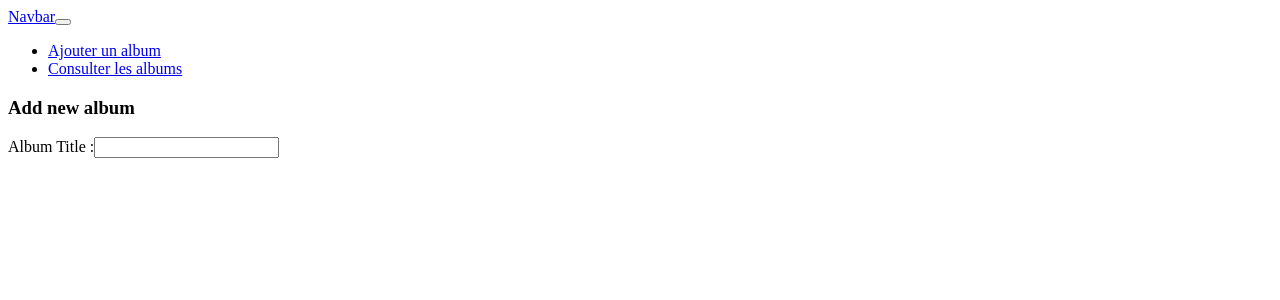
Repository: yassinecher/TestCC4SAE6
Page: /albums/add
An editor plug-in stored every save of this project. The page is shown before and after the next save, followed by the edit.
The browser window is 1280 px wide. The pictures show the whole page.
The project was rebuilt for these pictures with package versions that can differ from the ones it lists, and the page was loaded fresh each time. Also part of the build but not shown: angular.json, src/app/components/albums/albums.component.ts, src/app/components/not-found/not-found.component.ts.

Above is the page before, as saved 2024-12-20 14:34:46.

After the next save:
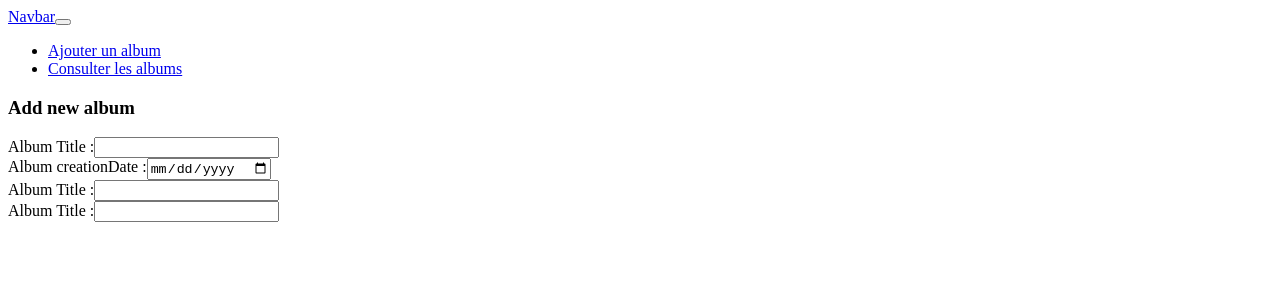
Saved 49 s later.
--- a/src/app/components/add-albums/add-albums.component.html
+++ b/src/app/components/add-albums/add-albums.component.html
@@ -4,6 +4,39 @@
     </div>
     <div class="row">
         <form [formGroup]="album">
+            <div class="mb-3">
+                <label>Album Title :</label>
+                <input type="text" class="form-control" formControlName="title">
+                <div class="alert alert-danger" *ngIf="album.get('title')!.invalid
+                && (album.get('title')!.touched||album.get('title')!.dirty)">
+                    <div *ngIf="album.get('title')!.hasError('required')">
+                        album number is required</div>
+                    <div *ngIf="album.get('title')!.hasError('pattern')">
+                        album number invalid</div>
+                </div>
+            </div>
+            <div class="mb-3">
+                <label>Album creationDate :</label>
+                <input type="date" class="form-control" formControlName="creationDate">
+                <div class="alert alert-danger" *ngIf="album.get('creationDate')!.invalid
+                && (album.get('creationDate')!.touched||album.get('creationDate')!.dirty)">
+                    <div *ngIf="album.get('title')!.hasError('required')">
+                        album number is required</div>
+                    <div *ngIf="album.get('title')!.hasError('pattern')">
+                        album number invalid</div>
+                </div>
+            </div>
+            <div class="mb-3">
+                <label>Album Title :</label>
+                <input class="form-control" formControlName="title">
+                <div class="alert alert-danger" *ngIf="album.get('title')!.invalid
+                && (album.get('title')!.touched||album.get('title')!.dirty)">
+                    <div *ngIf="album.get('title')!.hasError('required')">
+                        album number is required</div>
+                    <div *ngIf="album.get('title')!.hasError('pattern')">
+                        album number invalid</div>
+                </div>
+            </div>
             <div class="mb-3">
                 <label>Album Title :</label>
                 <input class="form-control" formControlName="title">
